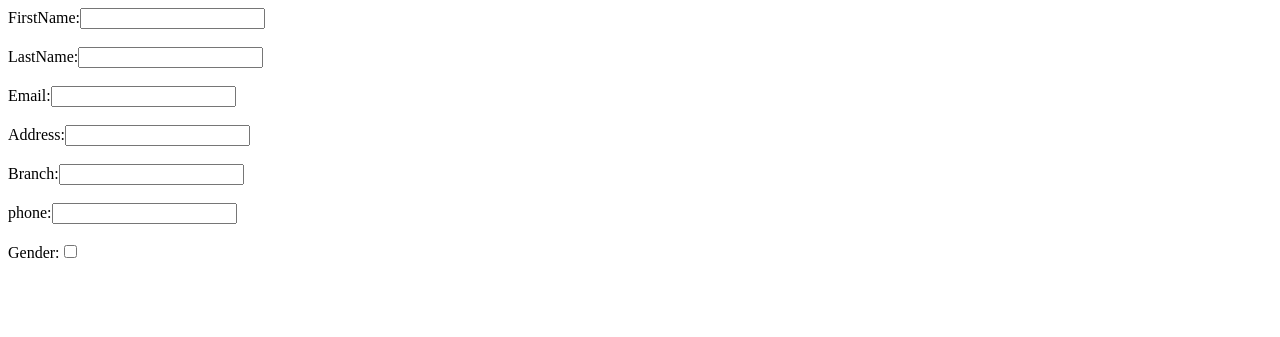
Repository: sandipgole/Myservlet
Page: WebATM/WebContent/SignUp.html
These files come from the project's save history. The page is drawn as it stood at one moment and after the next save; the edit follows.
The browser window is 1280 px wide. The pictures show the whole page.

Above is the page before, as saved 2019-06-25 04:51:02.

After the next save:
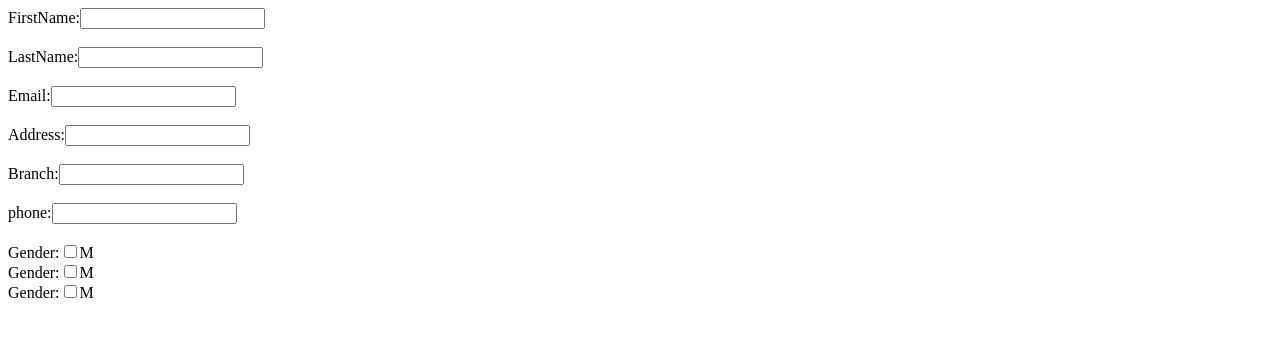
Saved 29 s later.
--- a/WebATM/WebContent/SignUp.html
+++ b/WebATM/WebContent/SignUp.html
@@ -12,8 +12,9 @@ Email:<input type="email" name ="email"><br><br>
 Address:<input type="text" name="address"><br><br>
 Branch:<input type="text" name ="branch"><br><br>
 phone:<input type ="number" name="number"><br><br>
-Gender:<input type="checkbox" name="gender1" >
-
+Gender:<input type="checkbox" name="gender1" >M<br>
+Gender:<input type="checkbox" name="gender2" >M<br>
+Gender:<input type="checkbox" name="gender3" >M<br>
 
 
 
